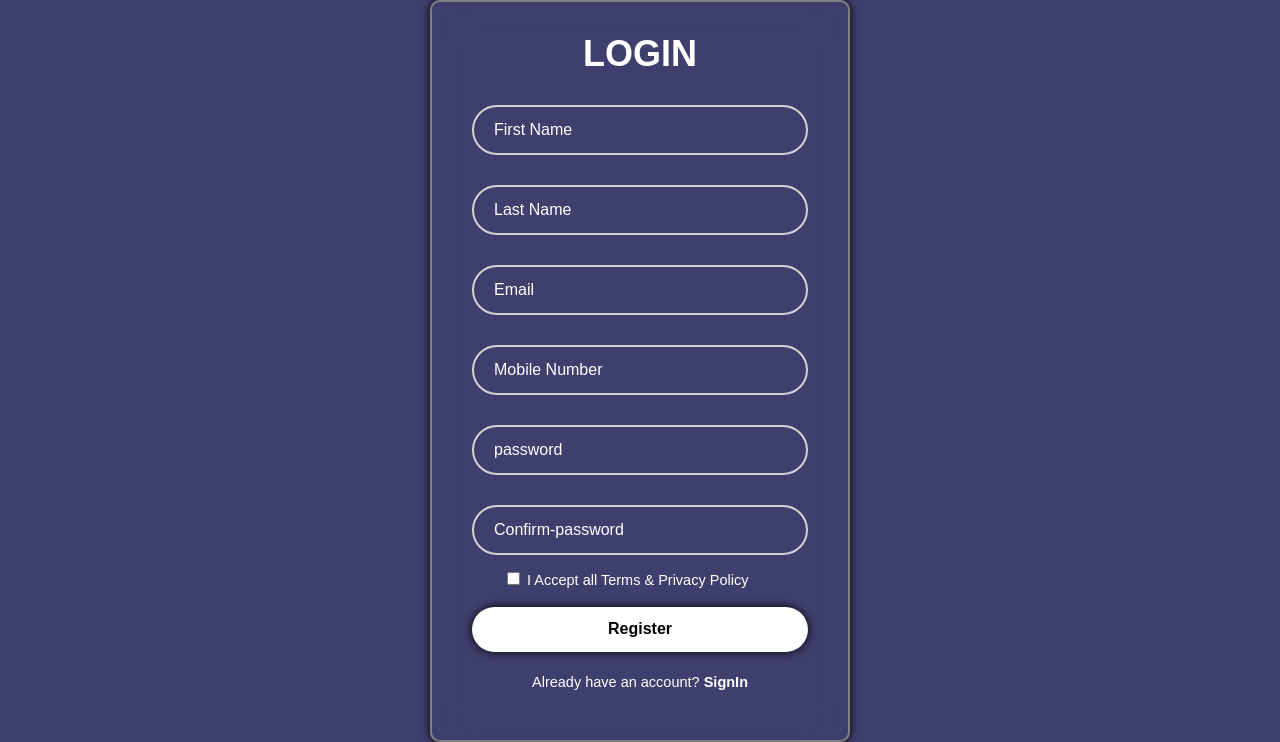
Repository: 05Mohammedismail/xworkz--Advance-Java
Page: Sep11_RegisterationForm/src/main/webapp/Register.html
These files come from the project's save history. The page is drawn as it stood at one moment and after the next save; the edit follows.
The browser window is 1280 px wide. The pictures show the whole page.

Above is the page before, as saved 2023-09-12 03:01:27.

### Sep11_RegisterationForm/src/main/webapp/Register.html
<!doctype html>
<html lang="en">
  <head>
    <meta charset="utf-8">
    <meta name="viewport" content="width=device-width, initial-scale=1">
    <title>Registration Form</title>
    <link href="https://cdn.jsdelivr.net/npm/bootstrap@5.3.1/dist/css/bootstrap.min.css" rel="stylesheet" integrity="sha384-4bw+/aepP/YC94hEpVNVgiZdgIC5+VKNBQNGCHeKRQN+PtmoHDEXuppvnDJzQIu9" crossorigin="anonymous">
</head>
<style>
 * {
margin: 0;
padding: 0;
box-sizing: border-box;
font-family: "poppins", sans-serif;
}

.body {
display: flex;
justify-content: center;
align-items: center;
min-height: 100hv;
background: rgb(63, 63, 109);
}

.wrapper{
width: 420px;
background: transparent;
border: 2px solid gray;
backdrop-filter: blur(20px);
box-shadow: 0 0 10px black;
color: white;
border-radius: 10px;
padding: 30px 40px;
}

.wrapper h1{
font-size: 36px;
text-align: center;
font-weight: 600;
}

.wrapper .input-box{
width: 100%;
height: 50px;
margin: 30px 0;
}

.input-box input{
width: 100%;
height: 100%;
background: transparent;
border: none;
outline: none;
border: 2px solid lightgray;
border-radius: 40px;
color: white;
font-size: 16px;
padding: 20px 45px 20px 20px;
}

.input-box input::placeholder{
color: white;
}

.wrapper .remember-me{
display: flex;
justify-content: space-between;
font-size: 14.5px;
margin: -15px 0 15px 35px;
}

.remember-me label input{
 color: white;
 margin-right:3px;
}

.remember-me a{
color: white;
text-decoration: none;
}

.remember-me a:hover{
text-decoration: underline;
}

.wrapper .btn{
width: 100%;
height: 45px;
background: white;
border: none;
outline: none;
border-radius: 40px;
box-shadow: 0 0 10px black;
cursor: pointer;
font-size: 16px;
color: black;
font-weight: 600;
}

.wrapper .already-have{
font-size: 14.5px;
text-align: center;
margin: 20px 0 15px;
}

.already-have p a{
color: white;
text-decoration: none;
font-weight: 600;
}

.already-have p a:hover{
text-decoration: underline;
}

</style>
<body>

<div class="body">
<div class="wrapper">
 <form action="">
 	<h1>LOGIN</h1>

 	<div class = "input-box">
 	<input type="text" placeholder="First Name" required="required">
 	</div>

 	<div class = "input-box">
 	<input type="text" placeholder="Last Name" required="required">
 	</div>

 	<div class = "input-box">
 	<input type="email" placeholder="Email" required="required">
 	</div>

 	<div class = "input-box">
 	<input type="number" placeholder="Mobile Number" required="required">
 	</div>

 	<div class = "input-box">
 	<input type="password" placeholder="password" required="required">
 	</div>

 	<div class = "input-box">
 	<input type="password" placeholder="Confirm-password" required="required">
 	</div>

 	<div class="remember-me">
 	<label> <input type="checkbox"> I Accept all <a href="#">Terms</a> & <a href="#">Privacy Policy</a> </label>
 	</div>

 	<input type="submit" class="btn" value="Register">


 	<div class="already-have">
 	<p> Already have an account? <a href="#"> SignIn</a> </p>
 	</div>



 </form>
</div>
</div>

<script src="https://cdn.jsdelivr.net/npm/bootstrap@5.3.1/dist/js/bootstrap.bundle.min.js" integrity="sha384-HwwvtgBNo3bZJJLYd8oVXjrBZt8cqVSpeBNS5n7C8IVInixGAoxmnlMuBnhbgrkm" crossorigin="anonymous"></script>

</body>
</html>

After the next save:
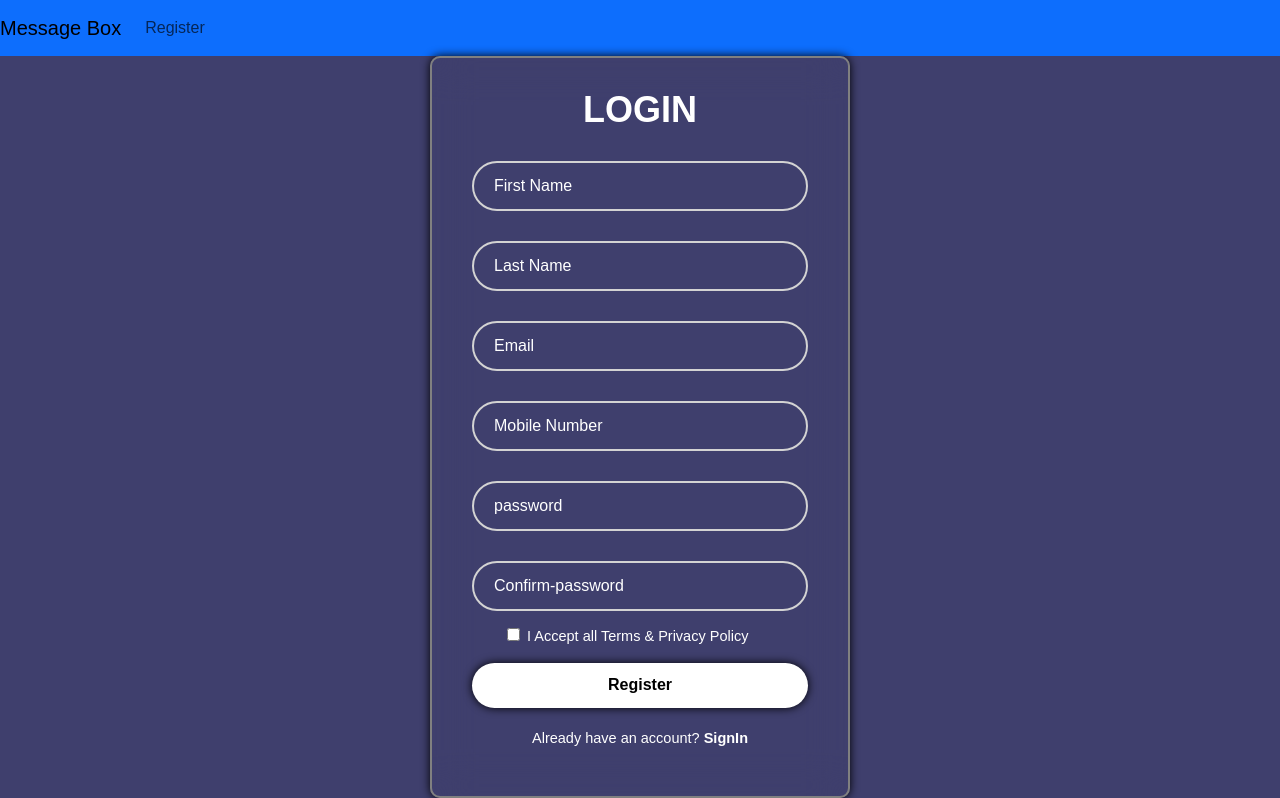
Saved 65 s later.
--- a/Sep11_RegisterationForm/src/main/webapp/Register.html
+++ b/Sep11_RegisterationForm/src/main/webapp/Register.html
@@ -115,6 +115,19 @@ text-decoration: underline;
 
 </style>
 <body>
+<nav class="navbar navbar-expand-lg navbar-light bg-primary">
+  <a class="navbar-brand">Message Box</a>
+  <button class="navbar-toggler" type="button" data-toggle="collapse" data-target="#navbarNav" aria-controls="navbarNav" aria-expanded="false" aria-label="Toggle navigation">
+    <span class="navbar-toggler-icon"></span>
+  </button>
+  <div class="collapse navbar-collapse" id="navbarNav">
+    <ul class="navbar-nav">
+      <li class="nav-item">
+        <a class="nav-link" href="Register.html">Register</a>
+      </li>
+    </ul>
+  </div>
+</nav>
 
 <div class="body">
 <div class="wrapper">
